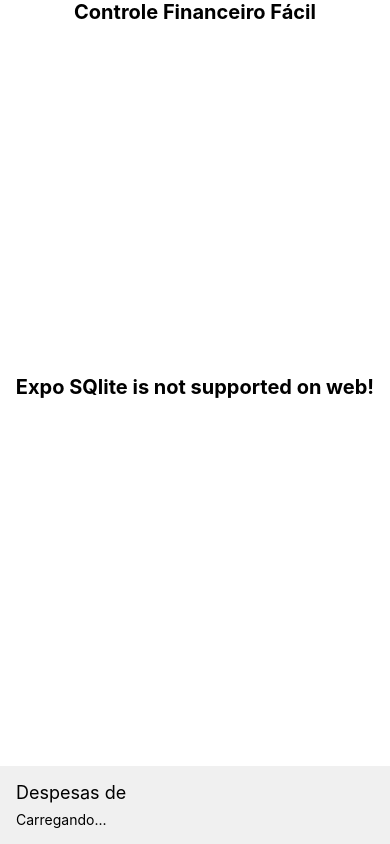
Repository: cristianoAbudu/controle-financeiro-facil
Screen: /
An editor plug-in stored every save of this project. The screen is shown before and after the next save, followed by the edit.
The app was drawn by React Native's web renderer in a window 390 px wide. The project was rebuilt for these pictures with package versions that can differ from the ones it lists, and the page was loaded fresh each time. Some packages were replaced by stand-ins written for this rebuild.

Above is the screen before, as saved 2023-11-17 19:33:05.

After the next save:
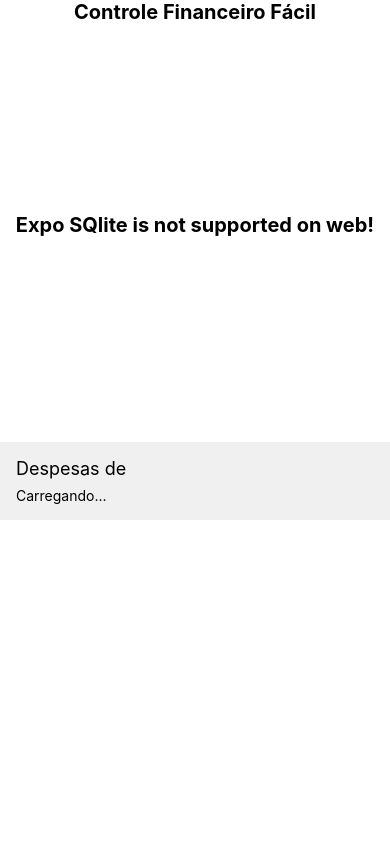
Saved 30 s later.
--- a/App.js
+++ b/App.js
@@ -293,16 +293,14 @@
           </View>
         </>
       )}
-      <View style={{ marginTop: 16 }}>
-        <ScrollView style={{ flex: 1 }}>
-          <Items
-            key={categoria}
-            categoria={categoria}
-            onPressItem={handlePressItem}
-            forceUpdate={handleForceUpdate}
-          />
-        </ScrollView>
-      </View>
+      <ScrollView style={{ flex: 1, marginTop: 16 }}>
+        <Items
+          key={categoria}
+          categoria={categoria}
+          onPressItem={handlePressItem}
+          forceUpdate={handleForceUpdate}
+        />
+      </ScrollView>
     </View>
   );
 }
